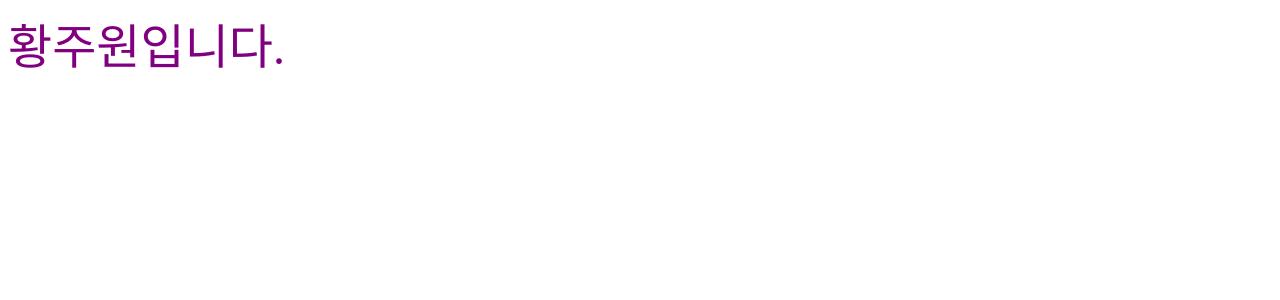
Repository: Hjubong/front-end
Page: ClientTest/src/main/webapp/html/ex03_basic.html
An editor plug-in stored every save of this project. The page is shown before and after the next save, followed by the edit.
The browser window is 1280 px wide. The pictures show the whole page.

Above is the page before, as saved 2023-09-19 06:20:44.

### ClientTest/src/main/webapp/html/ex03_basic.html
<!DOCTYPE html>
<html>
<head>
<meta charset="UTF-8"></meta>
<title>Insert title here</title>
</head>
<body>
	<!-- ex03_basic.html -->
	<!--
		HTML 언어 구성 요소

		1. 태그(Tag), 엘리먼트(Element)
		2. 속성(Attribute)
		3. 텍스트(PCDATA)

		4. 엔티티(Entity)
		5. 주석(Comment)
		6. 선언문(Declaration)
		7. 외부요소
		8. 등등..


		1. 태그(Tag), 엘리먼트(Element)
		- 예약어(명렁어)를 <>로 묶어놓은 요소
		- 출력될 웹페이지의 골격 형성
			a. 레이아웃 형성
			b. 요소를 배치
		- 출력과 관계된 행동을 한다

		1.1 태그 표현 방식
			a. <태그명>내용물 영역</태그명>
				- 쌍태그
				- <태그명>: 시작태그
				- </태그명>: 끝태그
				- 영역을 가지는 태그

			b. <태그명>, <태그명></태그명>, <태그명 />
				- 단독태그, 빈태그(Empty Tag)
				- 영역을 가지지 않는 태그

		1.2 태그 내용물 형식, Content Type
			- <태그명>내용물</태그명>
			a. 자식 태그
				- 또 다른 태그들이 내용물로 올 수 있다.
				- 문자열은 올 수 있다.

			b. PCDATA, Parsed Charactor Data > 문자열
				- 문자열만 올 수 있다.
				- 자식 태그는 올 수 없다.

			c. Empty
				- 아무것도 가지지 않는다
				- 빈태그, 단독태그

			d. Mixed
				- 혼합형
				- 자식으로 태그와 문자열이 모두 올 수 있다
				- a + b + c
				- HTML 태그 대부분이 혼합형이다

		2. 속성(Attribute)
		- 태그의 성질을 정의하는 요소
		- 태그가 가지는 데이터의 한 종류
		- 용도: 태그의 성질을 정의하는 데이터

		3. 텍스트(PCDATA)
		- 태그가 가지는 데이터의 한 종류
		- 용도: 화면에 출력하는 데이터
	-->

	<font color="purple" size="10">황주원입니다.</font>

</body>
</html>

After the next save:
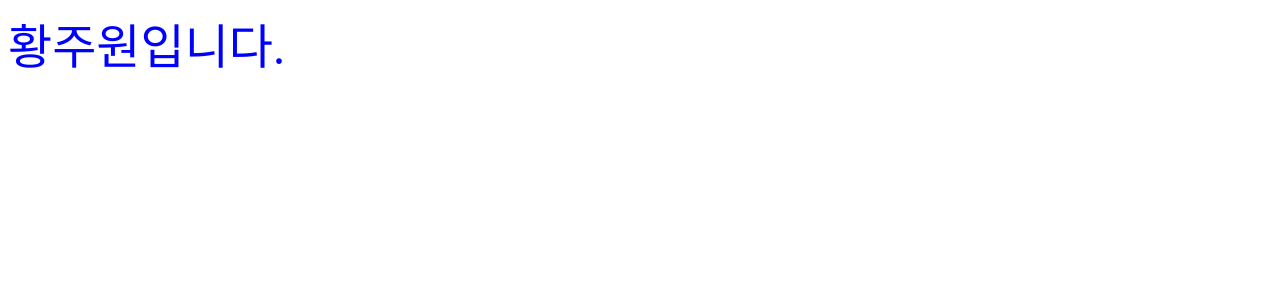
Saved 10 s later.
--- a/ClientTest/src/main/webapp/html/ex03_basic.html
+++ b/ClientTest/src/main/webapp/html/ex03_basic.html
@@ -68,7 +68,7 @@
 		- 용도: 화면에 출력하는 데이터
 	-->
 
-	<font color="purple" size="10">황주원입니다.</font>
+	<font color="blue" size="10">황주원입니다.</font>
 
 </body>
 </html>
